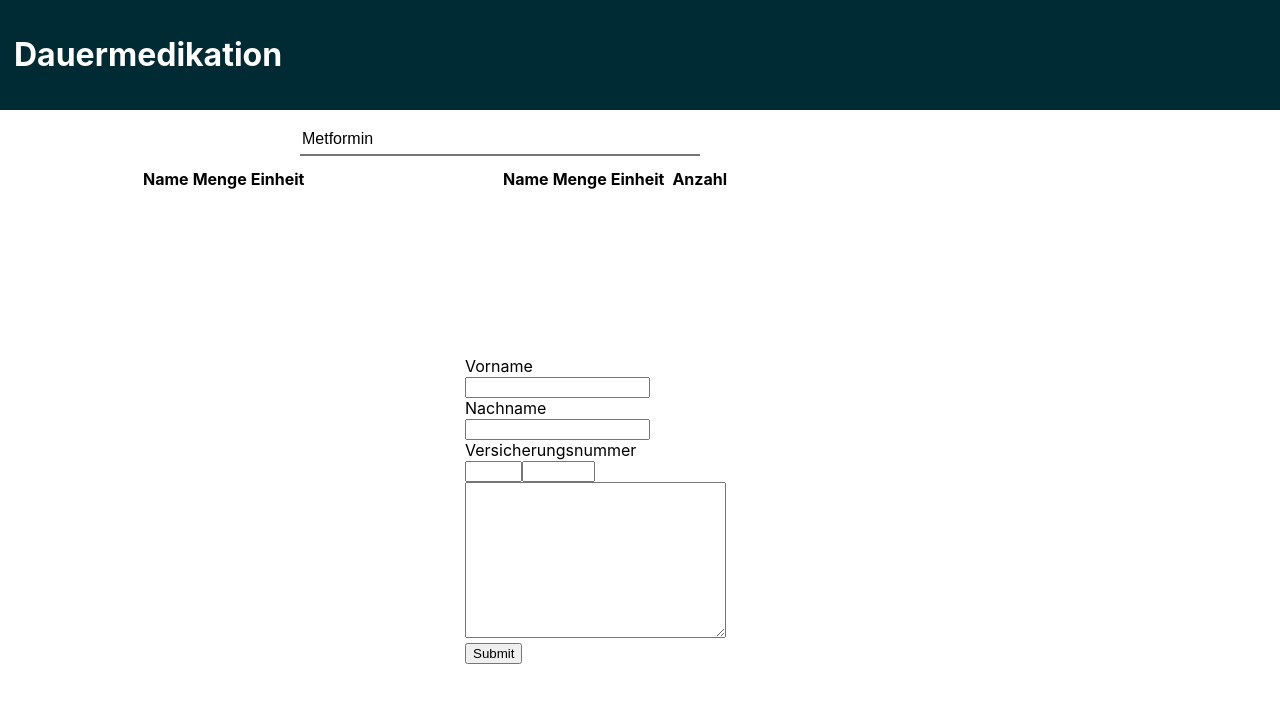
Repository: Esatollah/MedDemo
Page: / (app in client/)
An editor plug-in stored every save of this project. The page is shown before and after the next save, followed by the edit.
The browser window is 1280 px wide. The pictures show the whole page.
The page's requests for data from a server got no answer. The project was rebuilt for these pictures with package versions that can differ from the ones it lists, and the page was loaded fresh each time. No one was signed in, and anything a server would have sent is missing. Also part of the build but not shown: client/src/Routes/Bestellungen.jsx.

Above is the page before, as saved 2022-06-10 15:55:12.

### client/src/App.js
import SearchBar from './Routes/Search';
import {BrowserRouter, Routes, Route} from 'react-router-dom'
import Bestellungen from './Routes/Bestellungen';
import ReactModal from 'react-modal';

ReactModal.setAppElement('#root')

function App() {
  return (
    <BrowserRouter>
    <Routes>
      <Route path='/' element={<div><SearchBar/></div>}/>
      <Route path='/bestellungen' element={<div><Bestellungen/></div>}/>
    </Routes>
    </BrowserRouter>
  );
}

export default App;

### client/src/Routes/Search.jsx
import React, { useState, useEffect } from 'react'
import DrugAPI from '../api/DrugAPI';
import Form from '../components/Form';
import Navbar from '../components/Navbar';
import { SearchWrap } from '../Styles/SearchStyles';


const Search = () => {

  const [searchinput, setSearchinput] = useState("Metformin");
  const [drugs, setDrugs] = useState([]);
  const [cartitems, setCartitems] = useState([]);

  useEffect(() => {
    const fetchData = async () => {
      try {
        const result = await DrugAPI.get(`/?drugsearch=${searchinput}`)
        setDrugs(result.data.meds)
      } catch (err) {
        console.error(err);
      }
    }

    fetchData();

  }, [searchinput])

  const handleDrugClick = (e, x) => {
    const is_in_cart = cartitems.some(y => {
      if (y.id === x.id) {
        return true;
      }

      return false;
    })

    if (is_in_cart) {
      return
    }
    let temp = { ...x, anzahl: "1" }
    setCartitems([...cartitems, temp]);
  }

  const handleDelete = (e, x, index) => {
    let temp = [...cartitems]

    temp.splice(index, 1);

    setCartitems(temp);
  }

  const handleCountchange = (e, x, index) => {
    let temps = [...cartitems]
    let temp = {
      ...temps[index],
      anzahl: e.target.value
    }
    temps[index] = temp
    setCartitems(temps);

  }


  return (
    <>
      <Navbar />
        <SearchWrap>

          <input type="search" placeholder="Suche" id="search" value={searchinput} onChange={e => setSearchinput(e.target.value)} />
          <div className='search-container'>
            <div className='table-container'>
              <table className='drugtable'>
                <thead>
                  <tr>
                    <th scope='col'>
                      Name
                    </th>
                    <th scope='col'>Menge</th>
                    <th scope='col'>Einheit</th>
                    <th scope='col'></th>
                  </tr>
                </thead>
                <tbody>
                  {drugs && drugs.map((x) => {
                    return (
                      <tr key={x.id} className="drug-row" >
                        <td className={x.name}>{x.name}</td>
                        <td>{x.menge}</td>
                        <td>{x.mengenart}</td>
                        <td><button onClick={(e) => { handleDrugClick(e, x) }}>+</ button></td>
                      </tr>
                    )
                  })}
                </tbody>

              </table>
            </div>

            <div className='cart-container'>
              <table>
                <thead>
                  <tr>
                    <th scope='col'>
                      Name
                    </th>
                    <th scope='col'>Menge</th>
                    <th scope='col'>Einheit</th>
                    <th scope='col'></th>
                    <th scope='col'>Anzahl</th>
                  </tr>
                </thead>
                <tbody>
                  {cartitems && cartitems.map((x, index) => {
                    if (x.abgabezahl) {
                      return (
                        <tr key={index} className="drug-row" >
                          <td>{x.name}</td>
                          <td>{x.menge}</td>
                          <td>{x.mengenart}</td>
                          <td><button onClick={(e) => handleDelete(e, x, index)}>-</button></td>
                          <td><select onChange={(e) => { handleCountchange(e, x, index) }}><option value="1">1</option><option value="2">2</option></select></td>
                        </tr>
                      )
                    }
                    return (
                      <tr key={index} className="drug-row" >
                        <td>{x.name}</td>
                        <td>{x.menge}</td>
                        <td>{x.mengenart}</td>
                        <td><button onClick={(e) => handleDelete(e, x, index)}>-</button></td>
                        <td>1</td>
                      </tr>
                    )
                  })}
                </tbody>
              </ table>
            </div>
          </div>
        </SearchWrap>

      <Form cartitems={cartitems} setCartitems={setCartitems} />
    </>
  )
}

export default Search

### client/src/api/DrugAPI.js
import axios from 'axios'

export default axios.create({
    baseURL: "http://localhost:5000/api"
})

### client/src/components/Form.jsx
import React, {useState}from 'react'
import DrugAPI from '../api/DrugAPI'
import { FormWrap } from '../Styles/FormStyles';
const Form = props => {

    const [fname, setFname] = useState('');
    const [lname, setLname] = useState('');
    const [vpin, setVpin] = useState('');
    const [vbday, setVbday] = useState('');
    const [anmerkungen, setAnmerkungen] = useState('');

    const handleSubmit = (e) => {

        e.preventDefault();
        const formdata = {
            fname,
            lname,
            vpin,
            vbday,
            anmerkungen
        }

        const fetchData = async () =>{
            try {
            await DrugAPI.post("/", {drugs:{...props.cartitems}, ...formdata})
            } catch (error) {
                console.error(error);
            }
    }

    fetchData();

    setFname('');setLname('');setVpin('');setVbday('');setAnmerkungen('');
    props.setCartitems([]);

}


  return (
    <FormWrap>
        <form onSubmit={(e) =>handleSubmit(e)}>
            <label htmlFor="fname">Vorname</label><br />
            <input type="text" value={fname} id="fname" name="fname" onChange={(e)=> setFname(e.target.value)}required/><br/>
            <label htmlFor="lname">Nachname</label><br />
            <input type="text" id="lname" value={lname} onChange={(e) => setLname(e.target.value)}name="lname" required /><br/>
            <label htmlFor="pin">Versicherungsnummer  </label> <br/>
            <input type="text" id="pin" value={vpin} onChange={(e) => setVpin(e.target.value)} name="pin" size="4" minLength="4"maxLength="4" required/>
            <input type="text" id="bday" value={vbday} onChange={(e) => setVbday(e.target.value)} name="bday" size="6" minLength={6} maxLength={6} required/> <br/>
            <textarea value={anmerkungen} onChange={(e) => setAnmerkungen(e.target.value)} name="message" rows="10" cols="30" className='textarea'>
            </textarea> <br/>
            <input type="submit" value="Submit" ></input><br />
        </form>
    </FormWrap>

  )
}

export default Form

### client/src/components/Navbar.jsx
import React from 'react'
import { NavWrap } from '../Styles/NavbarStyles'
const Navbar = () => {
  return (
    <NavWrap>
        <h1>Dauermedikation</h1>
    </NavWrap>
  )
}

export default Navbar

### client/src/Styles/SearchStyles.js
import styled from 'styled-components';

export const SearchWrap = styled.div`

    display: flex;
    flex-direction: column;
    align-items: center;

    @media(min-width: 1000px) {
             width: 1000px;
         }

    #search {
    width:50%;
    height: 2rem;
    outline:none;
    border-top: hidden;
    border-right: hidden;
    border-left: hidden;
    font-size: 1rem;@media(min-width: 1000px) {
             width: 40%;
         }
    margin-bottom: 10px;
}

.table-container {
    max-height: 200px;
    max-width: 80%;
    overflow-y: auto;
}


.drug-row:hover {
    background-color: beige;
}

.drugtable tbody tr {
border: 1px;
}

.search-container {
    width: 90%;

    @media(min-width: 1000px) {
        display:flex;
        flex-direction: row;
        justify-content: center;
    }

    .table-container {
        width :100%;
        height: 150px;
        display:flex;
         @media(min-width: 1000px) {
             width: 40%;
             display:flex;
         }
    }

    .cart-container {
        width: 100%;
        display:flex;
        @media(min-width: 1000px) {
             width: 40%;
             display:flex;
         }
    }
}

`;

### client/src/Styles/FormStyles.js
import styled from 'styled-components';

export const FormWrap = styled.div`
    display:flex;
    margin:auto;
    max-width:350px;
    margin-top: 40px;
`;

### client/src/Styles/NavbarStyles.js
import styled from "styled-components"

export const NavWrap = styled.div`
    width:100%;
    padding: 14px 0;
    background-color: #002b34;
    margin-bottom: 14px;
    h1 {
        margin-left: 14px;
        color: #fff
    }
`;

Loaded but not shown: client/public/index.html (common file); client/src/index.js (common file); client/src/index.css (common file)

After the next save:
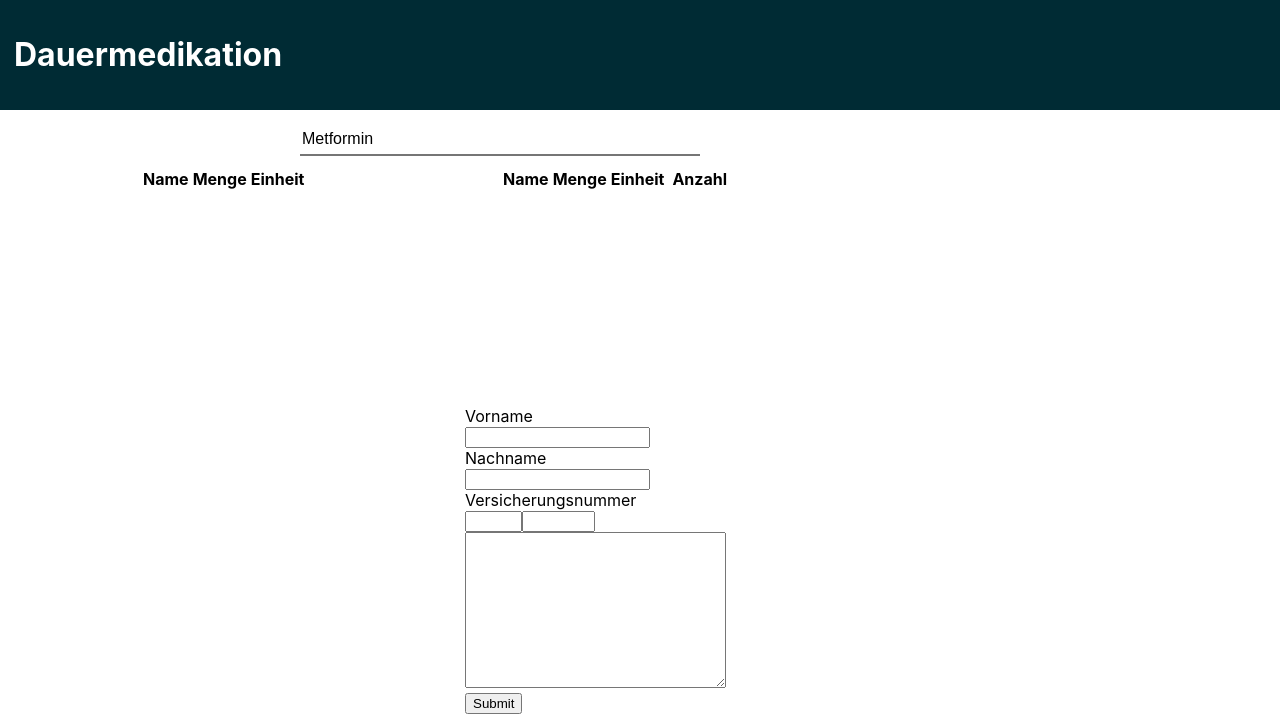
Saved 25 s later.
--- a/client/src/Styles/SearchStyles.js
+++ b/client/src/Styles/SearchStyles.js
@@ -54,6 +54,7 @@
          @media(min-width: 1000px) {
              width: 40%;
              display:flex;
+             height: 400px;
          }
     }
 

After the save that followed:
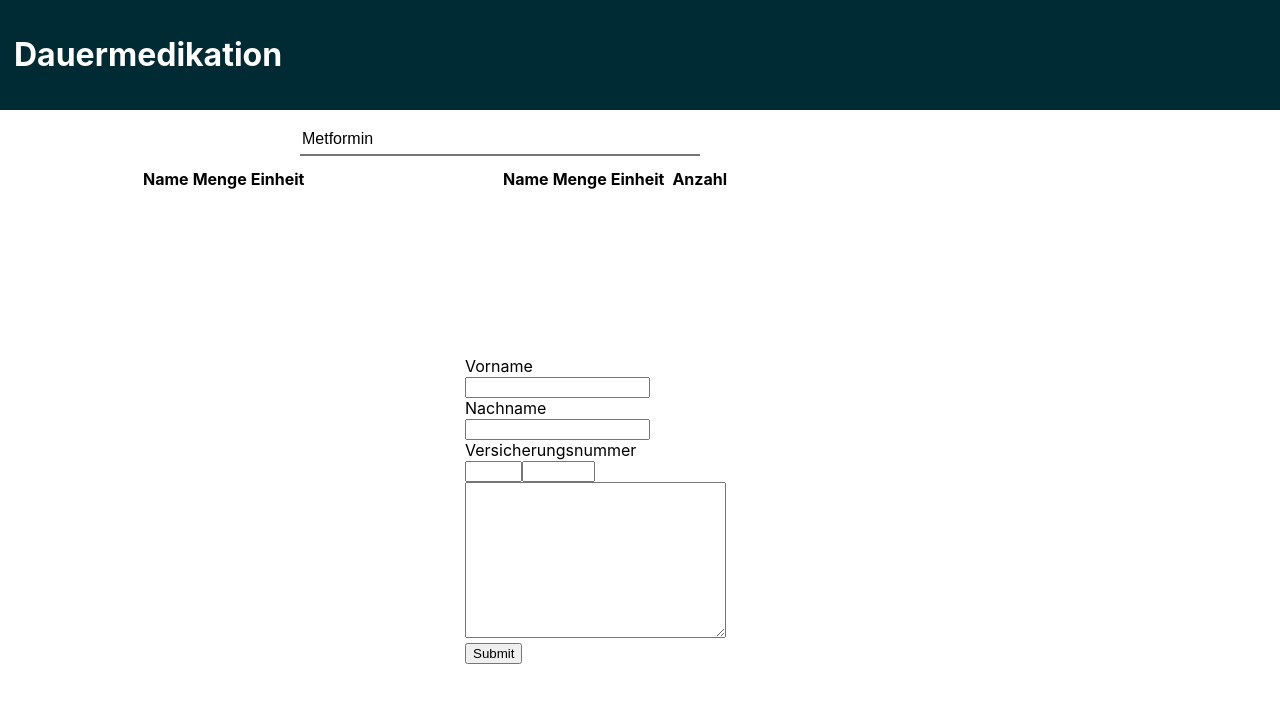
Saved 8 s later.
--- a/client/src/Styles/SearchStyles.js
+++ b/client/src/Styles/SearchStyles.js
@@ -54,7 +54,6 @@
          @media(min-width: 1000px) {
              width: 40%;
              display:flex;
-             height: 400px;
          }
     }
 
